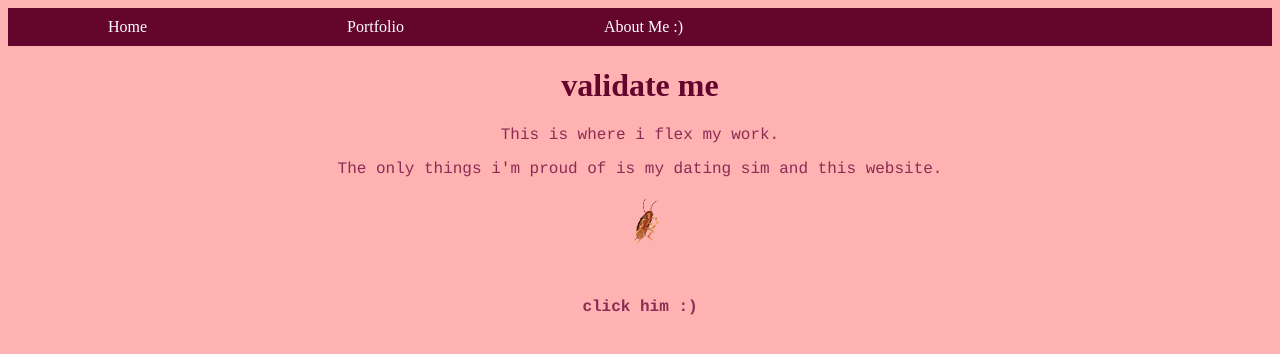
Repository: ycano1934/ycano1934.github.io
Page: my_website/portfolio.html
The author's editor kept a record of every edit. The page is drawn from the files as they stood at one moment, then again after the next edit.
The browser window is 1280 px wide. The pictures show the whole page.

Above is the page before.

### my_website/portfolio.html
<!doctype html>
	<html lang="en">


	  <head>
	    <meta charset="utf-8">
	    <meta name="viewport" content="width=device-width, initial-scale=1.0">
	    <title>Portfolio</title>
	  </head>


  <style>
#header {
  font-family:comic sans ms;
  color:rgb(100, 5, 45);
}

#paragraphlook {
    font-family:courier;
    color:rgb(140, 43, 83);
}




 body {background-color:rgb(255, 178, 178); }

ul {
  list-style-type: none;
  margin: 0;
  padding: 0;
  overflow: hidden;
  background-color: rgb(100, 5, 45);
}

li {
  float: left;
}

li a {
  display: inline-block;
  color: white; /* text color */
  font-family:comic sans ms;
  text-align: center;
  padding: 10px 100px;
  text-decoration: none;
  background-color: rgb(100, 5, 45);
}

li a:hover {
  background-color: rgb(155, 51, 93);
}

img {
  display: block;
  margin-left: auto;
  margin-right: auto;
}

  </style>

	 <body>

        <ul>
    <li><a href="index.html">Home</a></li>
    <li><a href="portfolio.html">Portfolio</a></li>
    <li><a href="about.html">About Me :)</a></li>
        </ul>

        <h1 id="header" style=text-align:center;>validate me</h1>
        <p id="paragraphlook" style="text-align:center;">This is where i flex my work.</p>
        <p id="paragraphlook" style="text-align:center;">The only things i'm proud of is my dating sim and this website.</p>

        <a href="https://scratch.mit.edu/projects/324069808/" target=_blank>
            <img src="images/roach.gif" height="70" width="70" ><br>
        </a>
        <p id="paragraphlook" style="text-align:center;"><strong>click him :)</strong></p>
	 </body>


	</html>

After the next edit:
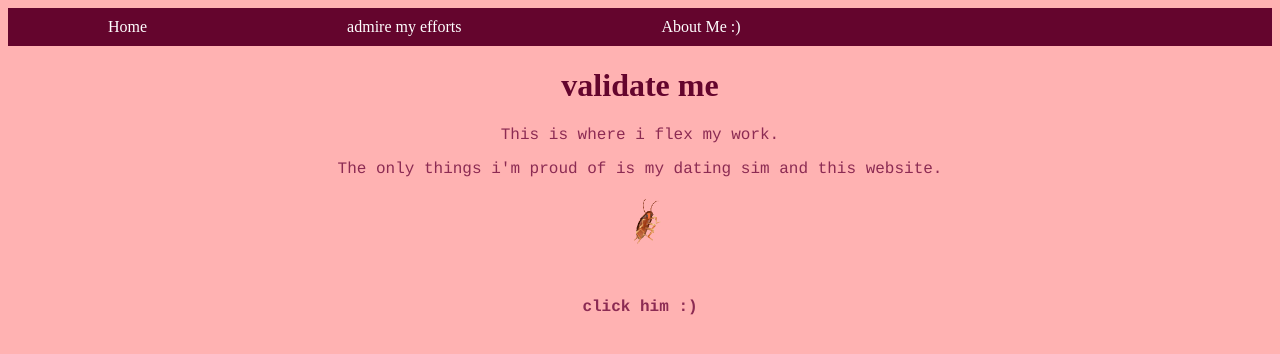
The edit:
--- a/my_website/portfolio.html
+++ b/my_website/portfolio.html
@@ -63,7 +63,7 @@
 
         <ul>
     <li><a href="index.html">Home</a></li>
-    <li><a href="portfolio.html">Portfolio</a></li>
+    <li><a href="portfolio.html">admire my efforts</a></li>
     <li><a href="about.html">About Me :)</a></li>
         </ul>
 
